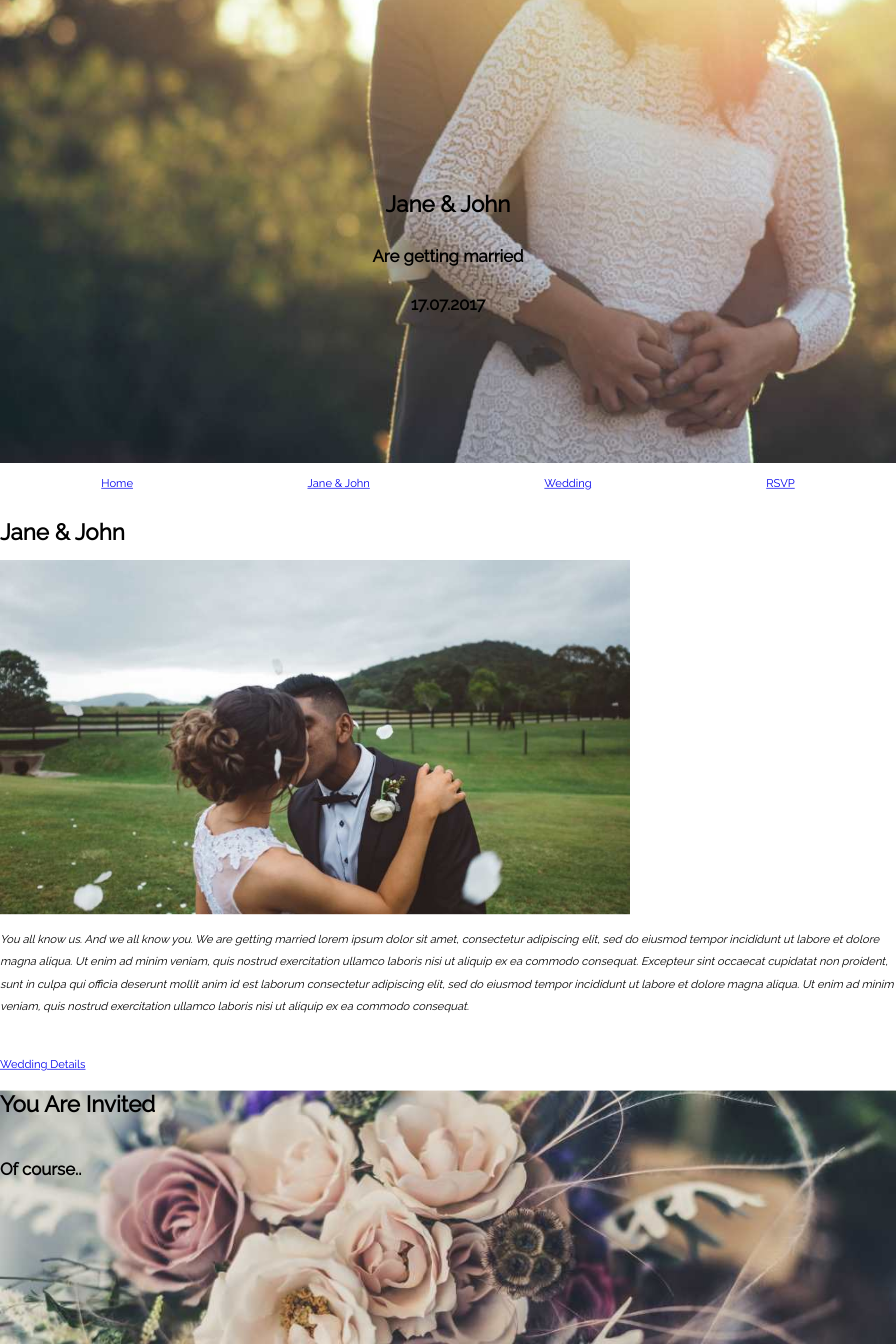
Repository: hesshess/clonecoding-assignment
Page: 4-wedding-invitation/template4.html
An editor plug-in stored every save of this project. The page is shown before and after the next save, followed by the edit.
The browser window is 1280 px wide. The pictures show the part of the page from y = 0 to 1920 px (the page is 3455 px tall), at 70% of full size.

Above is the page before, as saved 2022-03-17 17:25:52.

### 4-wedding-invitation/template4.html
<!DOCTYPE html>
<html>
<head>
<title>W3.CSS Template</title>
<meta charset="UTF-8">
<meta name="viewport" content="width=device-width, initial-scale=1">
<link rel="stylesheet" href="./template4.css">
<link rel="stylesheet" href="https://fonts.googleapis.com/css?family=Raleway">
<style>
</style>
</head>
<body>

<!-- Header / Home-->
<header class="bgimg" style="background-image: url('./img/wedding_couple.jpg');" id="home">
    <h1 >Jane & John</h1>
    <h2>Are getting married</h2>
    <h2><b>17.07.2017</b></h2>
</header>

<!-- Navbar (sticky bottom) -->

  <nav>
    <a href="#home">Home</a>
    <a href="#us" >Jane & John</a>
    <a href="#wedding">Wedding</a>
    <a href="#rsvp">RSVP</a>
  </nav>


<!-- About / Jane And John -->
<div  id="us">
  <div>
    <h1 ><b>Jane & John</b></h1>
    <img  src="./img/wedding_couple2.jpg">
    <p><i>You all know us. And we all know you. We are getting married lorem ipsum dolor sit amet, consectetur adipiscing elit, sed do eiusmod tempor incididunt ut labore et dolore magna aliqua. Ut enim ad minim veniam, quis nostrud exercitation ullamco laboris nisi ut aliquip ex ea commodo consequat. Excepteur sint
      occaecat cupidatat non proident, sunt in culpa qui officia deserunt mollit anim id est laborum consectetur adipiscing elit, sed do eiusmod tempor incididunt ut labore et dolore magna aliqua. Ut enim ad minim veniam, quis nostrud exercitation ullamco
      laboris nisi ut aliquip ex ea commodo consequat.</i>
    </p><br>
    <p ><a href="#wedding" >Wedding Details</a></p>
  </div>
</div>

<!-- Background photo -->
<div class="bgimg2" style ="background-image: url('./img/flowers.jpg');">
  <div >
    <h1 >You Are Invited</h1><br>
    <h2>Of course..</h2>
  </div>
</div>

<!-- Wedding information -->
<div  id="wedding">
  <div >
    <h1 ><b>THE WEDDING</b></h1>
    <img  src="./img/wedding_location.jpg" s>
    <div>
      <div >
        <h2>When</h2>
        <p>Wedding Ceremony - 2:00pm</p>
        <p>Reception & Dinner - 5:00pm</p>
      </div>
      <div >
        <h2>Where</h2>
        <p>Some place, an address</p>
        <p>Some where, some address</p>
      </div>
    </div>
  </div>
</div>

<!-- RSVP section -->
<div  id="rsvp">
  <h1>HOPE YOU CAN MAKE IT!</h1>
  <p >Kindly Respond By January, 2017</p>
  <p >
    <div>RSVP</div>
  </p>
</div>

<!-- Footer -->
<footer >
  <p>Powered by w3.css</p>
</footer>

</body>
</html>

### 4-wedding-invitation/template4.css
@charset "UTF-8";
body,
h1,
h2 {
  font-family: 'Raleway', sans-serif;
}
body,
html {
  box-sizing: border-box;
  margin: 0;
  height: 100%;
}
p {
  line-height: 2;
}
.bgimg,
.bgimg2 {
  min-height: 100%;
  background-position: center;
  background-size: cover;
}
header {
  height: 100%;
  width: 100%;
  display: flex;
  flex-direction: column;
  justify-content: center;
  align-items: center;
}
nav {
  box-sizing: border-box;
  padding: 20px;
  width: 100vw;
  display: flex;
  justify-content: space-around;
  position: fixed;
  bottom: 0;
  background-color: white;
  z-index: 2;
}

After the next save:
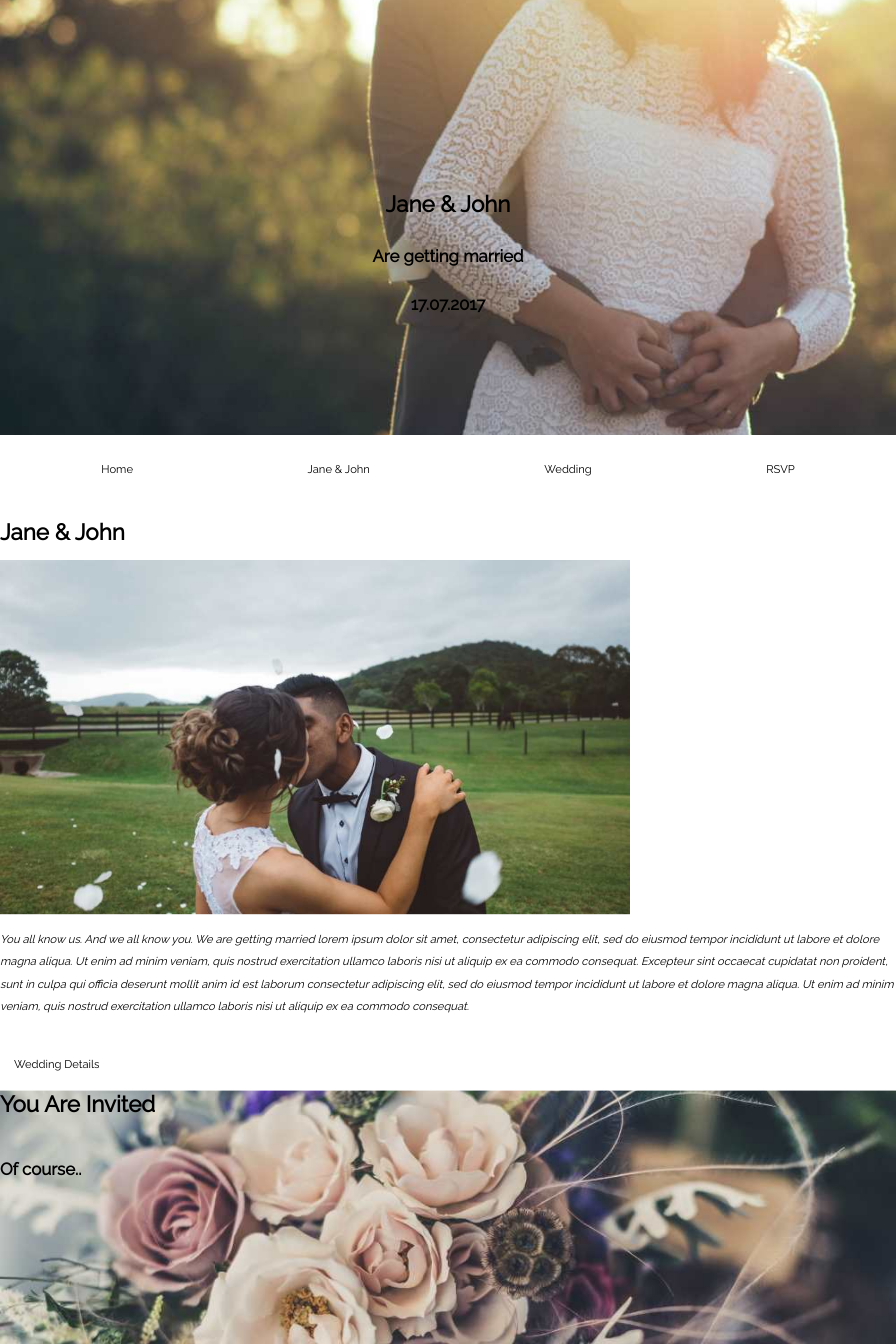
Saved 2 min 15 s later.
--- a/4-wedding-invitation/template4.css
+++ b/4-wedding-invitation/template4.css
@@ -12,6 +12,15 @@ html {
 }
 p {
   line-height: 2;
+}
+a {
+  padding: 20px;
+  text-decoration: none;
+  color: black;
+}
+a:hover {
+  background-color: lightgray;
+  border-radius: 1px;
 }
 .bgimg,
 .bgimg2 {
